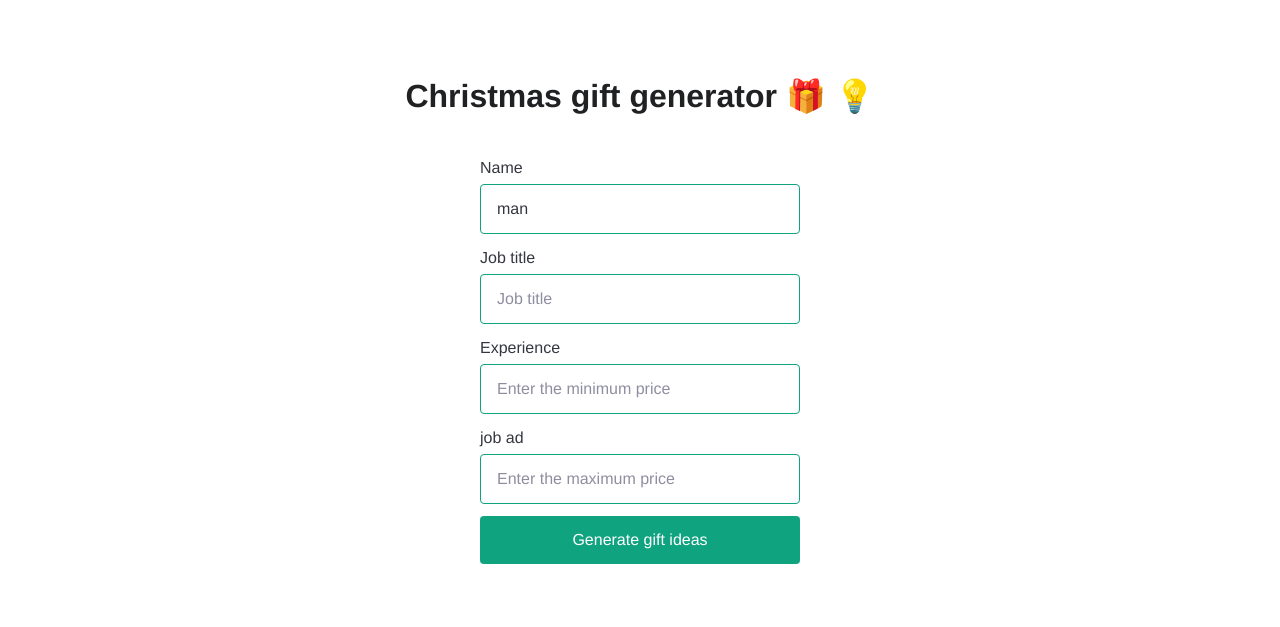
Repository: hamza-mastar/chatgpt-jpbad
Page: /
The author's editor kept a copy of each file at every save. The page is drawn from the files as they stood at one save, then again after the next save.
The browser window is 1280 px wide. The pictures show the whole page.
Some web fonts or font styles are not loaded; a fallback is used. The project was rebuilt for these pictures with package versions that can differ from the ones it lists, and the page was loaded fresh each time. The framework's server and built-in components were replaced by stand-ins that run in the browser.

Above is the page before, as saved 2023-01-30 04:00:07.

After the next save:
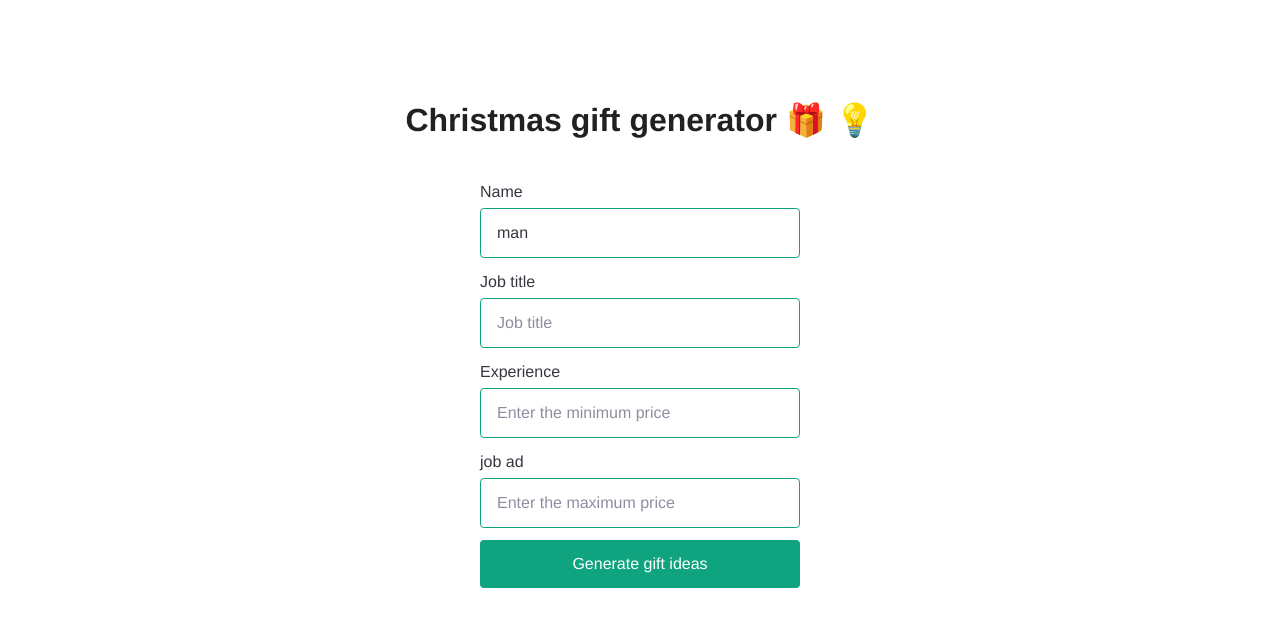
Saved 2 min 53 s later.
--- a/pages/index.js
+++ b/pages/index.js
@@ -45,7 +45,8 @@ export default function Home() {
 
 
 
-
+    <dody class="h-full px-5 sm:px-6">
+      <div class="flex relative sm:flex-col md: flex-col">
 
       <Head>
         <title>OpenAI Quickstart</title>
@@ -126,8 +127,9 @@ export default function Home() {
         />
 
       </main>
+      </div>
 
-
+      </dody>
 
 
     </>
